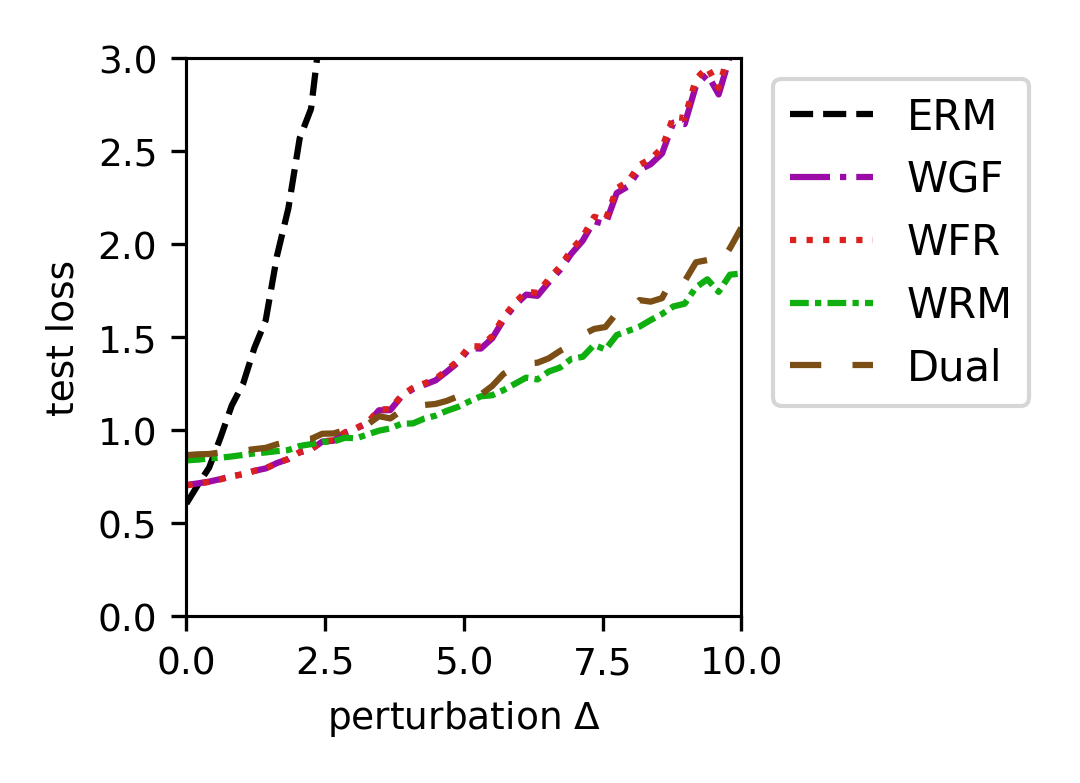
Repository: ZusenXu/GFS-DRO
Script's output: python uncertain_least_squares/uncertain_least_squares.py
The author's editor kept a copy of each file at every save. The script's output is drawn from the files as they stood at one save, then again after the next save.
Random numbers start from a fixed seed.

Above is the script's output before, as saved 2025-09-26 19:47:37.

### uncertain_least_squares/uncertain_least_squares.py
import numpy as np
import matplotlib.pyplot as plt
from scipy.optimize import minimize
from scipy.special import logsumexp

# --- Experiment Setup & Parameter Definitions ---
# Define the problem's dimensions
DIM_M = 10  # Number of rows for matrix A
DIM_N = 10  # Number of columns for matrix A (dimension of theta)

# Define the number of training/test samples
N_TRAIN_SAMPLES = 10
N_TEST_SAMPLES = 1000

# Define the perturbation range for distribution shift
DELTA_MIN = 0.0
DELTA_MAX = 10.0
DELTA_STEPS = 50

# --- DRO Algorithm Hyperparameters ---
N_EPOCHS = 50 # Number of iterations for the outer optimization
LEARNING_RATE = 0.01 # Learning rate for the outer optimization of theta
LAMBDA_VAL = 0.5 # Regularization parameter lambda
EPSILON = 3 # Entropy regularization parameter epsilon
GRAD_CLIP_THRESHOLD = 100.0 # Gradient clipping threshold to prevent explosion

# WGF (Algorithm 3), WFR (Algorithm 4), WRM Specific Parameters
K_INNER_STEPS = 100  # Number of inner loop iterations K
INNER_STEP_SIZE = 0.01 # Inner loop step size eta
WFR_WEIGHT_STEP_SIZE = 0.16 # Step size for weight updates in WFR

# WGF, WFR, RGO Specific Parameters
M_PARTICLES = 8 # Number of particles (samples) used

# Dual Method Specific Parameters
SINKHORN_SAMPLE_LEVEL = 4 # Monte Carlo sampling level for the Dual method

# --- Generate a Fixed Problem Instance ---
np.random.seed(219)
A0 = np.random.randn(DIM_M, DIM_N)
A1 = np.random.randn(DIM_M, DIM_N)
b = np.random.randn(DIM_M)

# --- Data Generation Functions ---
def generate_training_data(n_samples):
    """Generates training data."""
    return np.random.uniform(-0.5, 0.5, n_samples)

def generate_test_data(n_samples, delta):
    """Generates test data with a distributional shift."""
    lower_bound = -0.5 * (1 + delta)
    upper_bound = 0.5 * (1 + delta)
    return np.random.uniform(lower_bound, upper_bound, n_samples)

# --- Core Function Definitions (Vectorized) ---
def loss_function(theta, z):
    """ Computes the loss f_theta(z) for a single sample or a batch of samples z. """
    z = np.atleast_1d(z)
    # A_z shape: (num_z, DIM_M, DIM_N)
    A_z = A0[np.newaxis, :, :] + z[:, np.newaxis, np.newaxis] * A1[np.newaxis, :, :]
    # residual shape: (num_z, DIM_M)
    residual = A_z @ theta - b[np.newaxis, :]
    # loss shape: (num_z,)
    loss = np.sum(residual**2, axis=1) / DIM_M
    return loss.squeeze()

def loss_grad_theta(theta, z):
    """ Computes the gradient of the loss function with respect to theta, nabla_theta f_theta(z), for one or a batch of z. """
    z = np.atleast_1d(z)
    # A_z shape: (num_z, DIM_M, DIM_N)
    A_z = A0[np.newaxis, :, :] + z[:, np.newaxis, np.newaxis] * A1[np.newaxis, :, :]
    # residual shape: (num_z, DIM_M)
    residual = A_z @ theta - b[np.newaxis, :]
    # grad shape: (num_z, DIM_N)
    grad = 2 * (A_z.transpose(0, 2, 1) @ residual[:, :, np.newaxis]).squeeze(axis=2)
    return grad.squeeze()

def loss_grad_z(theta, z):
    """ Computes the gradient of the loss function with respect to z, nabla_z f_theta(z), for one or a batch of z. """
    z = np.atleast_1d(z)
    # A_z shape: (num_z, DIM_M, DIM_N)
    A_z = A0[np.newaxis, :, :] + z[:, np.newaxis, np.newaxis] * A1[np.newaxis, :, :]
    # residual shape: (num_z, DIM_M)
    residual = A_z @ theta - b[np.newaxis, :]
    # grad_A_z is A1 @ theta, shape: (DIM_M,)
    grad_A_z = A1 @ theta
    # grad shape: (num_z,)
    grad = 2 * np.sum(residual * grad_A_z[np.newaxis, :], axis=1)
    return grad.squeeze()

# --- ERM (Empirical Risk Minimization) Implementation ---
def erm_objective_function(theta, xi_samples):
    """ Calculates the ERM objective function value (average loss). """
    return np.mean(loss_function(theta, xi_samples))

def solve_erm(xi_train_samples):
    """ Solves the ERM problem using an optimizer. """
    initial_theta = np.zeros(DIM_N)
    result = minimize(
        erm_objective_function, initial_theta, args=(xi_train_samples,), method='BFGS')
    if not result.success:
        print("Warning: ERM optimization may not have converged.")
    return result.x

# --- MMD-DRO (Maximum Mean Discrepancy DRO) Implementation ---
def imq_kernel_and_grad_numpy(x, y, c=1.0, beta=-0.5):
    """
    Computes the Inverse Multi-Quadric (IMQ) kernel and its gradient w.r.t. x.
    k(x, y) = (c + ||x - y||^2)^beta
    """
    diffs = x[:, np.newaxis, :] - y[np.newaxis, :, :]
    sq_dists = np.sum(diffs**2, axis=2)
    kernel_matrix = (c + sq_dists)**beta
    grad_multiplier = 2 * beta * (c + sq_dists)**(beta - 1)
    grad_k_x = diffs * grad_multiplier[:, :, np.newaxis]
    return kernel_matrix, grad_k_x

def solve_mmd_dro(xi_train_samples):
    """ Solves Sinkhorn DRO using an MMD gradient flow sampler. """
    theta = np.zeros(DIM_N)
    num_train = len(xi_train_samples)

    for epoch in range(N_EPOCHS):
        particles = np.tile(xi_train_samples[:, np.newaxis], (1, M_PARTICLES))
        current_inner_steps = int(max(5, K_INNER_STEPS * (epoch + 1) / N_EPOCHS))

        for _ in range(current_inner_steps):
            particles_flat = particles.flatten()
            loss_grads = loss_grad_z(theta, particles_flat)

            particles_reshaped = particles_flat[:, np.newaxis]
            xi_train_reshaped = xi_train_samples[:, np.newaxis]

            _, grad_K_clone = imq_kernel_and_grad_numpy(particles_reshaped, particles_reshaped)
            mmd_term1 = np.mean(grad_K_clone, axis=1).squeeze()

            _, grad_K_orig = imq_kernel_and_grad_numpy(particles_reshaped, xi_train_reshaped)
            mmd_term2 = np.mean(grad_K_orig, axis=1).squeeze()

            velocity = loss_grads - LAMBDA_VAL * (mmd_term1 - mmd_term2)
            noise = np.random.randn(*particles_flat.shape) * 0.01

            particles_flat = particles_flat + INNER_STEP_SIZE * velocity + noise
            particles = particles_flat.reshape(num_train, M_PARTICLES)

        all_grads = loss_grad_theta(theta, particles.flatten())
        avg_particle_grads = all_grads.reshape(num_train, M_PARTICLES, -1).mean(axis=1)
        total_grad = avg_particle_grads.sum(axis=0)

        avg_grad = total_grad / num_train
        grad_norm = np.linalg.norm(avg_grad)
        if grad_norm > GRAD_CLIP_THRESHOLD:
            avg_grad = avg_grad * GRAD_CLIP_THRESHOLD / grad_norm
        theta -= LEARNING_RATE * avg_grad

    return theta


# --- RGO (Algorithm 2) Implementation (Vectorized) ---
# def solve_rgo(xi_train_samples):
#     """ Solves Sinkhorn DRO using the RGO algorithm. """
#     theta = np.zeros(DIM_N)
#     num_train = len(xi_train_samples)

#     def rgo_inner_objective(z, xi, current_theta):
#         l = loss_function(current_theta, z.flatten()).reshape(z.shape)
#         penalty = (z - xi)**2
#         return -l / (LAMBDA_VAL * EPSILON) + penalty / EPSILON

#     def rgo_inner_objective_grad_z(z, xi, current_theta):
#         grad_l_z = loss_grad_z(current_theta, z)
#         grad_penalty = 2 * (z - xi)
#         return -grad_l_z / (LAMBDA_VAL * EPSILON) + grad_penalty

#     for epoch in range(N_EPOCHS):
#         # Stage 1: Use gradient descent to find z* for all xi simultaneously
#         z_k = xi_train_samples.copy()
#         for _ in range(K_INNER_STEPS):
#             grad = rgo_inner_objective_grad_z(z_k, xi_train_samples, theta)
#             z_k -= INNER_STEP_SIZE * grad
#         z_star_batch = z_k

#         # Stage 2: Vectorized rejection sampling M_PARTICLES times for each xi
#         variance = (LAMBDA_VAL * EPSILON) / (2 * LAMBDA_VAL - RGO_SMOOTHNESS_L)
#         if variance <= 0: variance = 1e-6
#         std_dev = np.sqrt(variance)

#         z_star_expanded = z_star_batch[:, np.newaxis]
#         xi_expanded = xi_train_samples[:, np.newaxis]

#         final_accepted_samples = np.zeros((num_train, M_PARTICLES))
#         active_flags = np.ones((num_train, M_PARTICLES), dtype=bool)

#         for _ in range(100): # Max 100 attempts for vectorization
#             if not np.any(active_flags): break

#             proposals = np.random.normal(0, std_dev, size=(num_train, M_PARTICLES))
#             z_candidates = z_star_expanded + proposals

#             f_val_candidates = rgo_inner_objective(z_candidates, xi_expanded, theta)
#             f_val_star = rgo_inner_objective(z_star_expanded, xi_expanded, theta)

#             log_accept_prob = -f_val_candidates + f_val_star - (proposals**2 / (2*variance))

#             acceptance_mask = np.log(np.random.rand(num_train, M_PARTICLES)) < log_accept_prob
#             newly_accepted = acceptance_mask & active_flags

#             final_accepted_samples[newly_accepted] = z_candidates[newly_accepted]
#             active_flags[newly_accepted] = False

#         if np.any(active_flags):
#             final_accepted_samples[active_flags] = z_star_expanded[active_flags]

#         all_grads = loss_grad_theta(theta, final_accepted_samples.flatten())
#         avg_particle_grads = all_grads.reshape(num_train, M_PARTICLES, -1).mean(axis=1)
#         total_grad = avg_particle_grads.sum(axis=0)

#         avg_grad = total_grad / num_train
#         grad_norm = np.linalg.norm(avg_grad)
#         if grad_norm > GRAD_CLIP_THRESHOLD:
#             avg_grad = avg_grad * GRAD_CLIP_THRESHOLD / grad_norm
#         theta -= LEARNING_RATE * avg_grad

#     return theta

# --- Wasserstein Gradient Flow (WGF) Implementation (Vectorized) ---
def solve_wgf(xi_train_samples):
    """ Solves Sinkhorn DRO using Wasserstein Gradient Flow (WGF). """
    theta = np.zeros(DIM_N)
    num_train = len(xi_train_samples)

    def f_bar_grad_z(z, xi, current_theta):
        grad_f = loss_grad_z(current_theta, z)
        return grad_f - 2 * LAMBDA_VAL * (z - xi)

    for epoch in range(N_EPOCHS):
        particles = np.tile(xi_train_samples[:, np.newaxis], (1, M_PARTICLES))

        for _ in range(K_INNER_STEPS):
            particles_flat = particles.flatten()
            xi_expanded = np.repeat(xi_train_samples, M_PARTICLES)

            grad = f_bar_grad_z(particles_flat, xi_expanded, theta)
            noise = np.random.normal(0, 1, size=particles_flat.shape)

            updated_particles_flat = particles_flat + INNER_STEP_SIZE * grad + np.sqrt(2 * INNER_STEP_SIZE * LAMBDA_VAL * EPSILON) * noise
            particles = updated_particles_flat.reshape(num_train, M_PARTICLES)
            particles = np.clip(particles, -1, 1)

        all_grads = loss_grad_theta(theta, particles.flatten())
        avg_particle_grads = all_grads.reshape(num_train, M_PARTICLES, -1).mean(axis=1)
        total_grad = avg_particle_grads.sum(axis=0)

        avg_grad = total_grad / num_train
        grad_norm = np.linalg.norm(avg_grad)
        if grad_norm > GRAD_CLIP_THRESHOLD:
            avg_grad = avg_grad * GRAD_CLIP_THRESHOLD / grad_norm
        theta -= LEARNING_RATE * avg_grad

    return theta

# --- WFR Flow (Algorithm 4) Implementation (Vectorized) ---
def solve_wfr(xi_train_samples):
    """ Solves Sinkhorn DRO using WFR Flow. """
    theta = np.zeros(DIM_N)
    num_train = len(xi_train_samples)

    def f_bar_grad_z(z, xi, current_theta):
        grad_f = loss_grad_z(current_theta, z)
        return grad_f - 2 * LAMBDA_VAL * (z - xi)

    for epoch in range(N_EPOCHS):
        particles = np.tile(xi_train_samples[:, np.newaxis], (1, M_PARTICLES))
        weights = np.full((num_train, M_PARTICLES), 1.0 / M_PARTICLES)

        for _ in range(K_INNER_STEPS):
            particles_flat = particles.flatten()
            xi_expanded = np.repeat(xi_train_samples, M_PARTICLES)

            grad = f_bar_grad_z(particles_flat, xi_expanded, theta)
            noise = np.random.normal(0, 1, size=particles_flat.shape)
            updated_particles_flat = particles_flat + INNER_STEP_SIZE * grad + np.sqrt(2 * INNER_STEP_SIZE * LAMBDA_VAL * EPSILON) * noise
            particles = updated_particles_flat.reshape(num_train, M_PARTICLES)
            particles = np.clip(particles, -1, 1)

            f_bar_val = loss_function(theta, particles.flatten()).reshape(particles.shape) - LAMBDA_VAL * (particles - xi_train_samples[:, np.newaxis])**2
            weights = (weights**(1 - LAMBDA_VAL * EPSILON * WFR_WEIGHT_STEP_SIZE)) * np.exp(WFR_WEIGHT_STEP_SIZE * f_bar_val)

            sum_weights = np.sum(weights, axis=1, keepdims=True)
            weights /= (sum_weights + 1e-9)

            low_weight_threshold = 1e-3
            low_weight_mask = weights < low_weight_threshold
            rows_with_low_weights = np.any(low_weight_mask, axis=1)

            if np.any(rows_with_low_weights):
                max_weight_indices = np.argmax(weights, axis=1, keepdims=True)
                max_weight_vals = np.take_along_axis(weights, max_weight_indices, axis=1)
                highest_weight_point_data = np.take_along_axis(particles, max_weight_indices, axis=1)

                low_weights_sum = np.sum(weights * low_weight_mask, axis=1, keepdims=True)
                num_low_weights = np.sum(low_weight_mask, axis=1, keepdims=True)

                avg_weight = (max_weight_vals + low_weights_sum) / (num_low_weights + 1.0 + 1e-9)

                max_weight_mask = np.zeros_like(weights, dtype=bool)
                np.put_along_axis(max_weight_mask, max_weight_indices, True, axis=1)

                update_mask = (low_weight_mask | max_weight_mask) & rows_with_low_weights[:, np.newaxis]

                x_update_mask = low_weight_mask & rows_with_low_weights[:, np.newaxis]

                weights = np.where(update_mask, avg_weight, weights)

                particles = np.where(x_update_mask, highest_weight_point_data, particles)

                sum_weights = np.sum(weights, axis=1, keepdims=True)
                weights /= (sum_weights + 1e-9)

        all_grads = loss_grad_theta(theta, particles.flatten()).reshape(num_train, M_PARTICLES, -1)
        weighted_grads = np.sum(weights[:, :, np.newaxis] * all_grads, axis=1)
        total_grad = np.sum(weighted_grads, axis=0)

        avg_grad = total_grad / num_train
        grad_norm = np.linalg.norm(avg_grad)
        if grad_norm > GRAD_CLIP_THRESHOLD:
            avg_grad = avg_grad * GRAD_CLIP_THRESHOLD / grad_norm
        theta -= LEARNING_RATE * avg_grad

    return theta

# --- WRM (Wasserstein Robust Method) Implementation (Vectorized) ---
def solve_wrm(xi_train_samples):
    """ Solves using WRM (deterministic inner optimization). """
    theta = np.zeros(DIM_N)
    num_train = len(xi_train_samples)

    def f_bar_grad_z(z, xi, current_theta):
        grad_f = loss_grad_z(current_theta, z)
        return grad_f - 2 * LAMBDA_VAL * (z - xi)

    for epoch in range(N_EPOCHS):
        z_k = xi_train_samples.copy()
        for _ in range(K_INNER_STEPS):
            grad = f_bar_grad_z(z_k, xi_train_samples, theta)
            z_k += INNER_STEP_SIZE * grad
            z_k = np.clip(z_k, -1, 1)

        total_grad = loss_grad_theta(theta, z_k).sum(axis=0)

        avg_grad = total_grad / num_train
        grad_norm = np.linalg.norm(avg_grad)
        if grad_norm > GRAD_CLIP_THRESHOLD:
            avg_grad = avg_grad * GRAD_CLIP_THRESHOLD / grad_norm
        theta -= LEARNING_RATE * avg_grad

    return theta

# --- Dual Method Implementation (Vectorized) ---
def solve_dual(xi_train_samples):
    """ Solves Sinkhorn DRO using the dual method. """
    theta = np.zeros(DIM_N)
    num_train = len(xi_train_samples)

    levels = np.arange(SINKHORN_SAMPLE_LEVEL + 1)
    numerators = 2.0**(-levels)
    denominator = 2.0 - 2.0**(-SINKHORN_SAMPLE_LEVEL)
    probabilities = numerators / denominator

    for _ in range(N_EPOCHS):
        sampled_level = np.random.choice(levels, p=probabilities)
        m = 2**sampled_level

        noise = np.random.randn(num_train, m) * np.sqrt(EPSILON)
        z_samples = xi_train_samples[:, np.newaxis] + noise

        v = loss_function(theta, z_samples.flatten()).reshape(num_train, m) / (LAMBDA_VAL * EPSILON)

        v_max = np.max(v, axis=1, keepdims=True)
        weights = np.exp(v - v_max)
        weights /= np.sum(weights, axis=1, keepdims=True)

        grads = loss_grad_theta(theta, z_samples.flatten()).reshape(num_train, m, -1)
        weighted_grads = np.sum(weights[:, :, np.newaxis] * grads, axis=1)
        total_grad = np.sum(weighted_grads, axis=0)

        avg_grad = total_grad / num_train
        grad_norm = np.linalg.norm(avg_grad)
        if grad_norm > GRAD_CLIP_THRESHOLD:
            avg_grad = avg_grad * GRAD_CLIP_THRESHOLD / grad_norm
        theta -= LEARNING_RATE * avg_grad

    return theta

# --- Experiment Execution and Evaluation ---
def run_experiment():
    """ Executes the complete experimental procedure. """
    xi_train = generate_training_data(N_TRAIN_SAMPLES)

    print("Solving ERM model...")
    theta_erm = solve_erm(xi_train)
    # print("Solving RGO model...")
    # theta_rgo = solve_rgo(xi_train)
    print("Solving WGF model...")
    np.random.seed(42)
    theta_wgf = solve_wgf(xi_train)
    print("Solving WFR model...")
    np.random.seed(42)
    theta_wfr = solve_wfr(xi_train)
    print("Solving WRM model...")
    theta_wrm = solve_wrm(xi_train)
    print("Solving Dual model...")
    np.random.seed(42)
    theta_dual = solve_dual(xi_train)
    # print("Solvinh MMD model...")
    # theta_mmd_dro = solve_mmd_dro(xi_train)
    print("All models solved.")

    delta_values = np.linspace(DELTA_MIN, DELTA_MAX, DELTA_STEPS)
    results = {'ERM': [], 'WGF': [], 'WFR': [], 'WRM': [], 'Dual': []} #, 'MMD': []
    models = {
        'ERM': theta_erm,  'WGF': theta_wgf,
        'WFR': theta_wfr, 'WRM': theta_wrm, 'Dual': theta_dual#, 'MMD': theta_mmd_dro
    }

    print("Evaluating all models...")
    for delta in delta_values:
        xi_test = generate_test_data(N_TEST_SAMPLES, delta)
        for name, theta in models.items():
            test_loss = erm_objective_function(theta, xi_test)
            results[name].append(test_loss)

    print("Evaluation complete.")
    return delta_values, results

# --- Results Visualization ---
def plot_results(delta_values, results):
    """ Plots the loss curves for all models against the perturbation delta. """
    fig, ax = plt.subplots(figsize=(3.6, 2.613), dpi=300)

    styles = {
        'ERM': {'color': 'k', 'linestyle': '--'},
        'RGO': {'color': '#9467bd', 'linestyle': '-'},
        'WGF': {'color': "#9a0ba7", 'linestyle': '-.'},
        'WFR': {'color': "#db2020", 'linestyle': ':'},
        'WRM': {'color': "#0eaf0e", 'linestyle': (0, (3, 1, 1, 1))},
        'Dual': {'color': "#7A4E15", 'linestyle': (0, (5, 5))},
        'MMD': {'color': "#f19317", 'linestyle': (0, (1, 1))}
    }

    for name, losses in results.items():
        ax.plot(delta_values, losses, linewidth=1.5, label=name, **styles[name])

    #ax.set_title('(a) Uncertain least squares loss', fontsize=11)
    ax.set_xlabel(r'perturbation $\Delta$', fontsize=9)
    ax.set_ylabel('test loss', fontsize=9)
    ax.tick_params(axis='both', which='major', labelsize=9)
    for spine in ax.spines.values():
        spine.set_linewidth(0.75)
    ax.set_xlim(0, 10)
    ax.set_ylim(0, 3)
    ax.grid(False)
    ax.legend(fontsize=10)
    ax.legend(loc='upper left', bbox_to_anchor=(1.02, 1))
    plt.tight_layout()
    plt.savefig('uncertain_least_squares_results.pdf', dpi=300)
    plt.show()

# --- Main Program Entry ---
if __name__ == '__main__':
    with np.errstate(all='ignore'):
        delta_vals, all_results = run_experiment()
        plot_results(delta_vals, all_results)

After the next save:
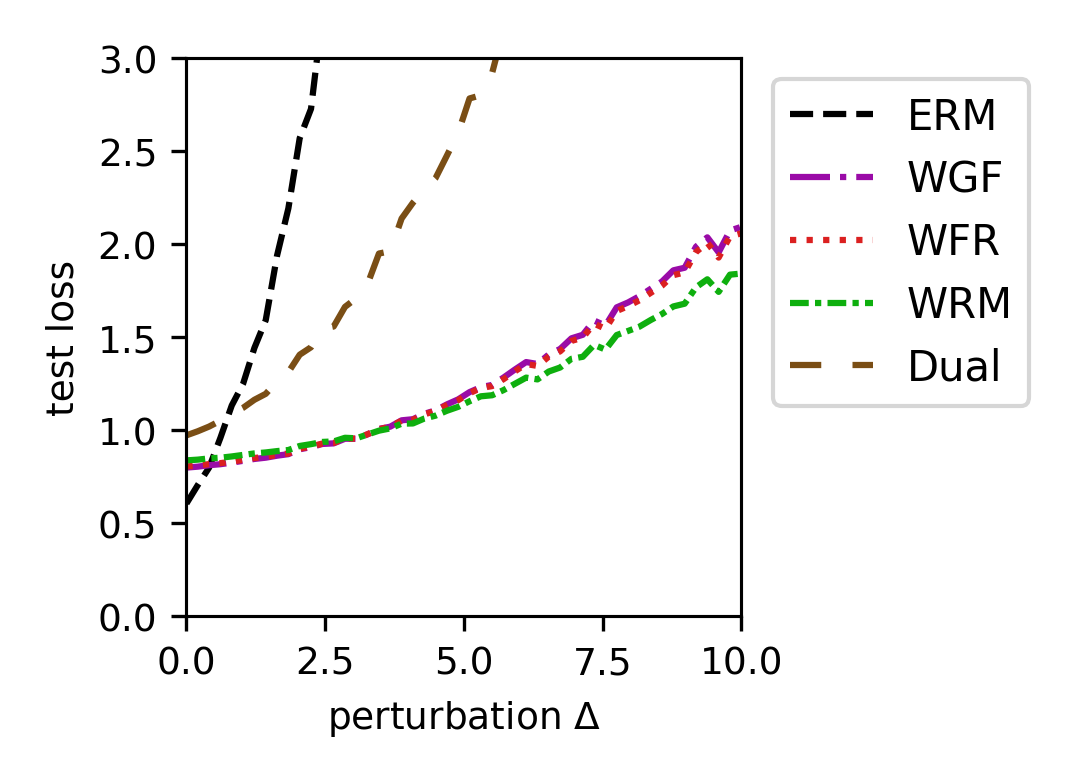
Saved 12 s later.
--- a/uncertain_least_squares/uncertain_least_squares.py
+++ b/uncertain_least_squares/uncertain_least_squares.py
@@ -20,7 +20,7 @@ DELTA_STEPS = 50
 # --- DRO Algorithm Hyperparameters ---
 N_EPOCHS = 50 # Number of iterations for the outer optimization
 LEARNING_RATE = 0.01 # Learning rate for the outer optimization of theta
-LAMBDA_VAL = 0.5 # Regularization parameter lambda
+LAMBDA_VAL = 0.2 # Regularization parameter lambda
 EPSILON = 3 # Entropy regularization parameter epsilon
 GRAD_CLIP_THRESHOLD = 100.0 # Gradient clipping threshold to prevent explosion
 
